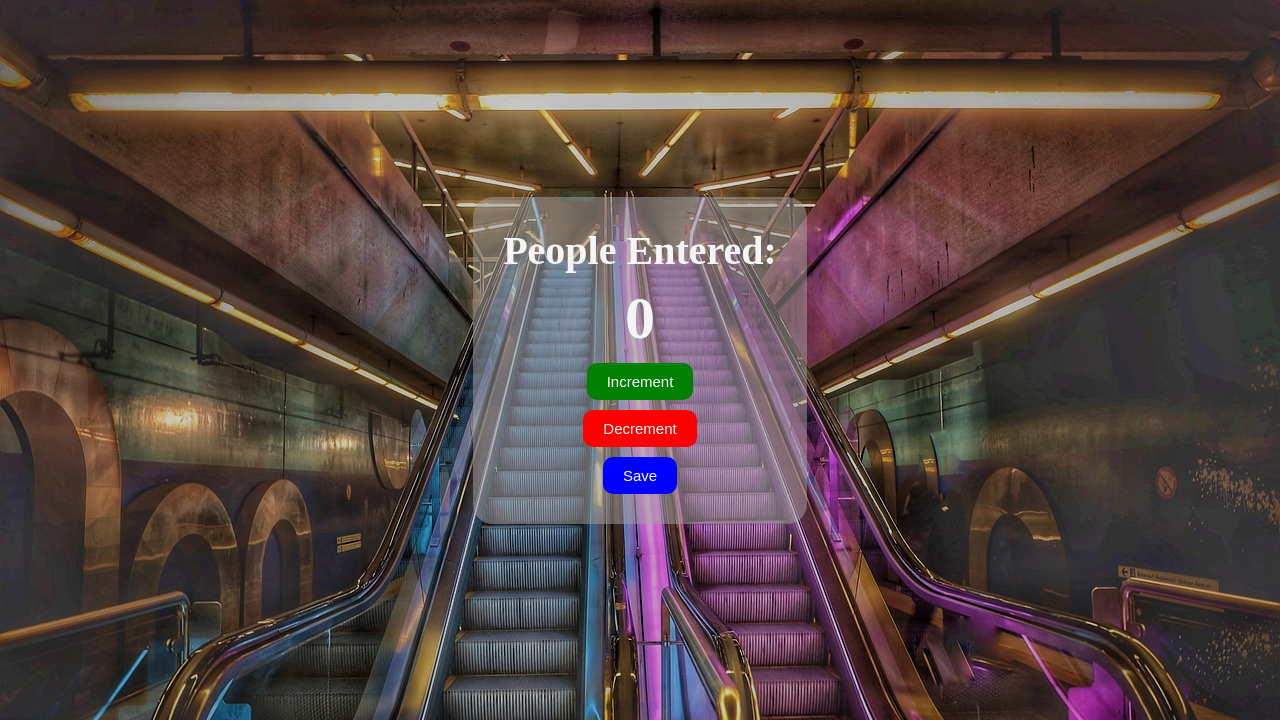
Repository: raghhavv03/javascript-practice
Page: task-1/index.html
These files come from the project's save history. The page is drawn as it stood at one moment and after the next save; the edit follows.
The browser window is 1280 px wide. The pictures show the whole page.

Above is the page before, as saved 2026-02-04 17:49:09.

After the next save:
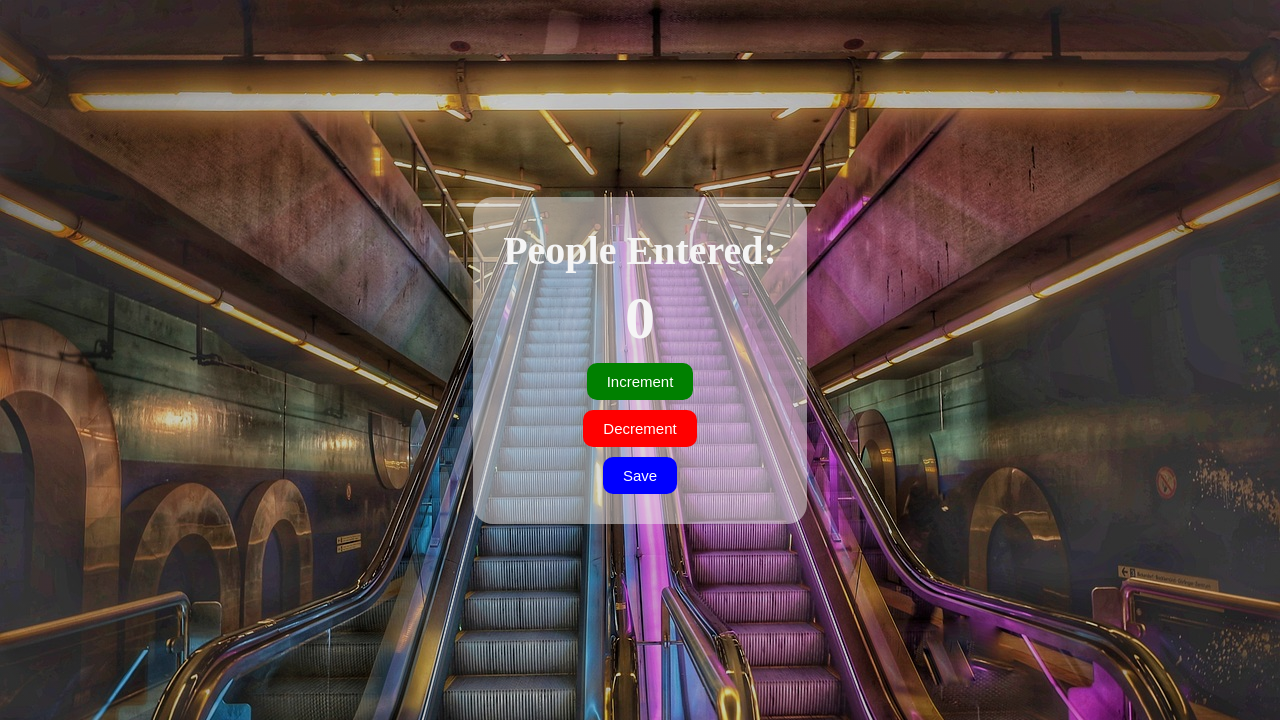
Saved 6 s later.
--- a/task-1/style.css
+++ b/task-1/style.css
@@ -20,7 +20,7 @@
     justify-content: center;
     align-items: center;
     gap: 10px;
-    background-color: rgba(167, 163, 163, 0.5);
+    background-color: rgba(236, 233, 233, 0.5);
     border-radius: 20px;
     padding: 30px;
 }

After the 5 saves that followed:
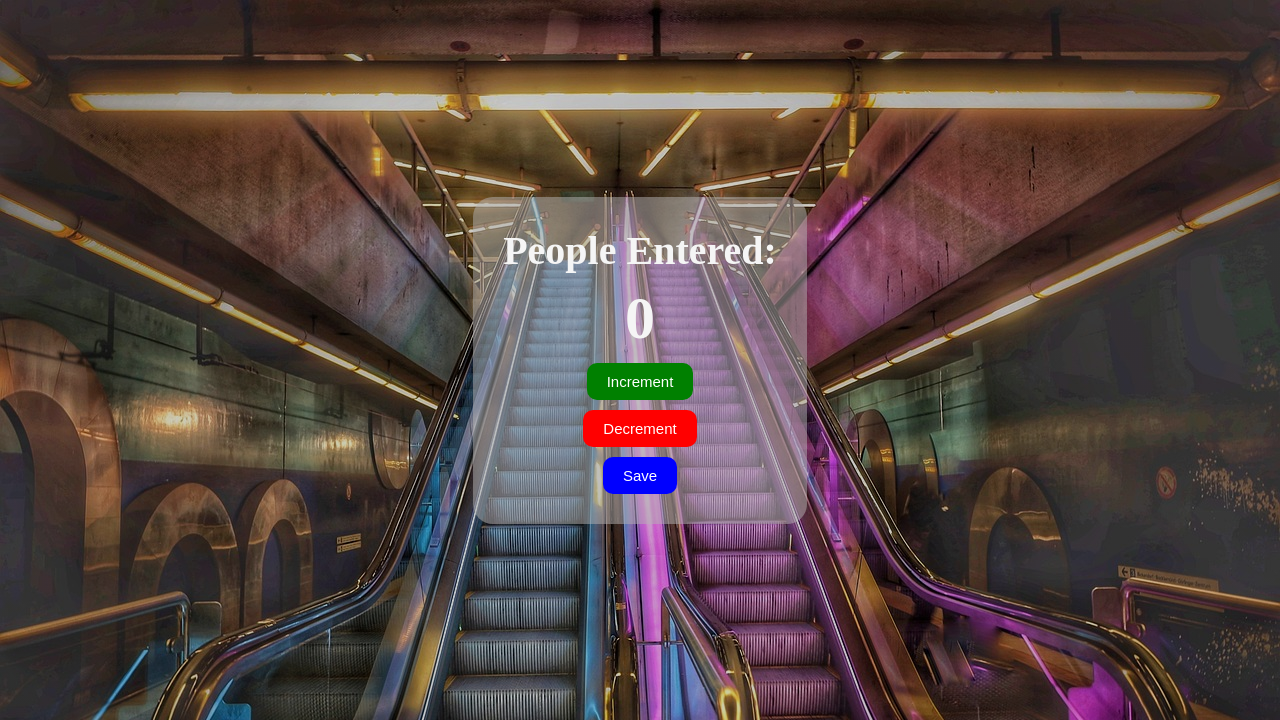
The 5 saves are shown as one change because 1 left the picture as it was and some came seconds apart.
The last was saved 39 s later.
--- a/task-1/style.css
+++ b/task-1/style.css
@@ -20,7 +20,7 @@
     justify-content: center;
     align-items: center;
     gap: 10px;
-    background-color: rgba(236, 233, 233, 0.5);
+    background-color: rgba(181, 179, 179, 0.5);
     border-radius: 20px;
     padding: 30px;
 }
